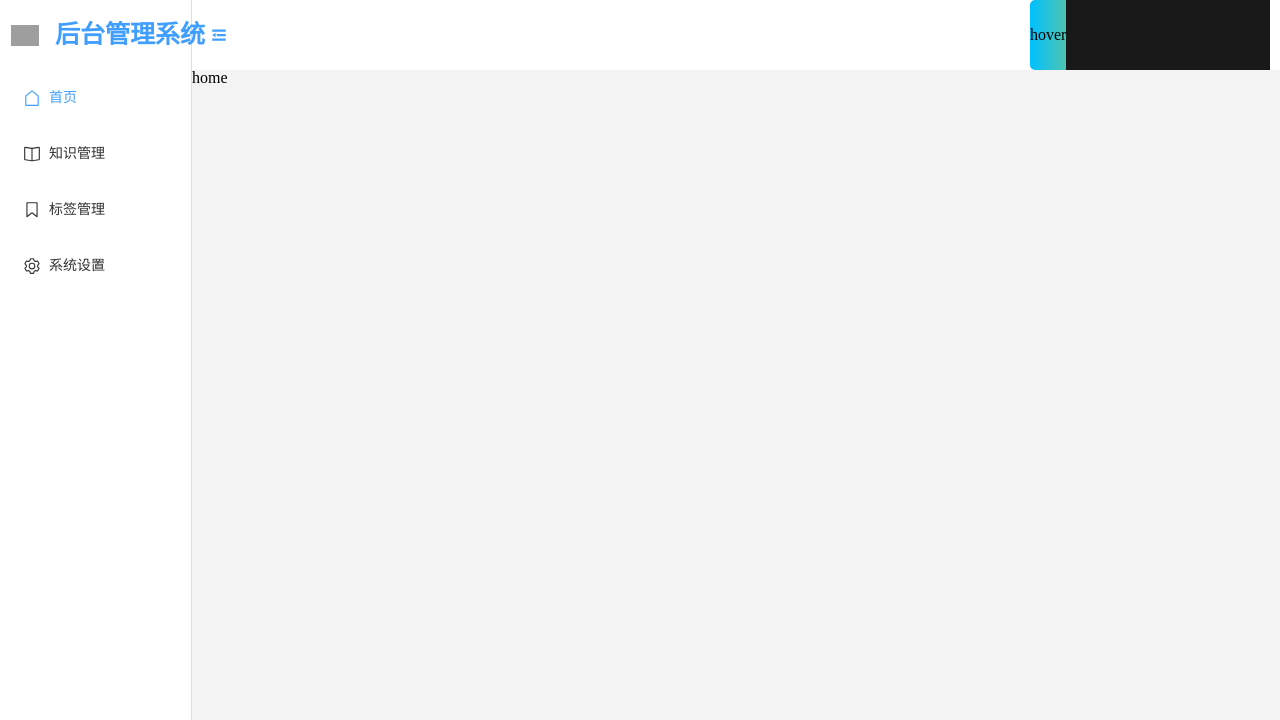
Repository: serrrN/admin
Page: /
The author's editor kept a copy of each file at every save. The page is drawn from the files as they stood at one save, then again after the next save.
The browser window is 1280 px wide. The pictures show the whole page.
Pictures or frames that could not be fetched are drawn as grey boxes. The project was rebuilt for these pictures with package versions that can differ from the ones it lists, and the page was loaded fresh each time. Also part of the build but not shown: vite.config.ts, src/styles/index.scss.

Above is the page before, as saved 2024-06-05 16:31:21.

### src/main.ts
import { createApp } from 'vue'
import App from './App.vue'
import ElementPlus from 'element-plus'
import zhCn from 'element-plus/es/locale/lang/zh-cn'
import * as ElementPlusIconsVue from '@element-plus/icons-vue'
import router from './router'
import 'reset-css'
import './styles/index.scss'
import pinia from '@/store/index'
const app = createApp(App)
for (const [key, component] of Object.entries(ElementPlusIconsVue)) {
  app.component(key, component)
}
app.use(pinia)
app.use(ElementPlus, { locale: zhCn })
app.use(router)
app.mount('#app')

### src/App.vue
<script setup lang="ts"></script>

<template>
  <router-view></router-view>
</template>

<style>
* {
  box-sizing: border-box;
}
#app,
html,
body {
  width: 100%;
  height: 100%;
}
</style>

### src/router/index.ts
import { createRouter, createWebHistory } from 'vue-router'
import routes from './routes'
const router = createRouter({
  history: createWebHistory(),
  routes,
})
export default router

### src/router/routes.ts
const routes = [
  {
    path: '/',
    name: 'home',
    redirect: '/home',
    component: () => import('@/layout/index.vue'),
    children: [
      {
        path: '/home',
        component: () => import('@/views/home/index.vue'),
      },
      {
        path: '/knowledgeManage',
        component: () => import('@/views/knowledgeManage/index.vue'),
      },
      {
        path: '/tagManage',
        component: () => import('@/views/tagManage/index.vue'),
      },
      {
        path: "/systemSetting",
        component:()=>import("@/views/systemSetting/index.vue")
      }
    ],
  },
]

export default routes

### src/styles/variable.scss
//主题色
$theme-color:rgb(64, 158, 255);

// 布局容器左边宽度
$layout-container-left-max-width:15%;

// 布局容器左边塌陷后宽度
$layout-container-left-min-width:3.79%;

// 布局容器头部高度
$layout-container-header-height:70px;

### src/layout/index.vue
<template>
  <div class="layout-container">
    <div :class="systemStore.isCollapse?'left left-collapse':'left'" >
      <Menu />
    </div>
    <div :class="systemStore.isCollapse?'right right-collapse':'right'">
      <div class="header"><Header /></div>
      <div class="main"><Main/></div>
    </div>
  </div>
</template>

<script lang="ts" setup>
import Menu from './menu/index.vue'
import Header from './header/index.vue'
import Main from './main/index.vue'

import {useSystemStore} from "@/store/modules/system"
const systemStore = useSystemStore()
</script>

<style scoped lang="scss">
.layout-container {
  width: 100%;
  height: 100%;
  display: flex;
  background-color: #f3f3f3;
  .left {
    height: 100%;
    width: $layout-container-left-max-width;
    transition: all linear 0.5s;
  }
  .left-collapse{
    width:$layout-container-left-min-width;
  }
  .right {
    width: calc(100% - $layout-container-left-max-width);
    transition: all linear 0.5s;
    .header {
      width: 100%;
      height: $layout-container-header-height;
      display: flex;
      justify-content:flex-end;
      background-color: white;
    }
    .main {
      height: calc(100% - $layout-container-header-height);
      width: calc(100%);
    }
  }
  .right-collapse{
    width:calc(100% - $layout-container-left-min-width);
  }

}
</style>

### src/views/home/index.vue
<template>
home
</template>
<script setup lang="ts">

</script>
<style lang="scss" scoped>

</style>

### src/layout/menu/index.vue
<template>
  <el-menu
    default-active="home"
    :class="systemStore.isCollapse?'el-menu-vertical-collapse':'el-menu-vertical'"
    :collapse="systemStore.isCollapse"
    :router="true"
    collapse-transition
    @open="handleOpen"
    @close="handleClose"
  >
    <div class="header">
      <div class="manage-msg" v-show="!systemStore.isCollapse">
        <div class="logo-wrapped">
          <img src="/vite.svg" class="logo" alt="Vite logo" />
        </div>
        <div class="name">后台管理系统</div>
      </div>
      <div class="fold-icon-wrapped" @click="handleCollapse">
        <el-icon size="18" color="rgb(64, 158, 255)">
          <component :is="systemStore.isCollapse?'Expand':'Fold'"></component>
        </el-icon>
      </div>
    </div>

    <el-menu-item index="home">
      <el-icon><House /></el-icon>
      <template #title>首页</template>
    </el-menu-item>
    <el-menu-item index="knowledgeManage">
      <el-icon><reading /></el-icon>
      <template #title>知识管理</template>
    </el-menu-item>
    <el-menu-item index="tagManage">
      <el-icon><CollectionTag /></el-icon>
      <template #title>标签管理</template>
    </el-menu-item>
    <el-menu-item index="systemSetting">
      <el-icon><setting /></el-icon>
      <template #title>系统设置</template>
    </el-menu-item>
  </el-menu>
</template>

<script lang="ts" setup>
import {useSystemStore} from "@/store/modules/system"
const systemStore = useSystemStore()

const handleOpen = (key: string, keyPath: string[]) => {
  console.log(key, keyPath)
}
const handleClose = (key: string, keyPath: string[]) => {
  console.log(key, keyPath)
}
const handleCollapse = () => {
  systemStore.isCollapse = !systemStore.isCollapse

}
</script>

<style lang="scss" scoped>
.el-menu {
  height: 100%;
  // 管理系统菜单头部(展示名字和logo)
  .header {
    display: flex;
    height: 70px;
    line-height: 70px;
    justify-content: space-between;
    transition: all 1s;
    //管理系统信息
    .manage-msg {
      display: flex;
      // logo容器
      .logo-wrapped {
        line-height: 50px;
        height: 100%;
        display: flex;
        align-items: center;
        justify-content: center;
        width: 50px;
        .logo {
          width: 28px;
        }
      }
      // 管理系统名称
      .name {
        text-align: center;
        font-size: 25px;
        width: 160px;
        color: $theme-color;
        font-weight: 600;
      }
    }

    // 折叠图标容器
    .fold-icon-wrapped {
      width: 100%;
      display: flex;
      align-items: center;
      justify-content: center;
    }
  }

  //菜单名称
  .el-menu-item span {
    color: rgb(48, 49, 51);
    font-weight: 400;
    font-size: 17px;
    line-height: 56px;
    font-family: 'Helvetica Neue', Helvetica, 'PingFang SC', 'Hiragino';
  }
}
// 菜单不处于塌陷状态
.el-menu-vertical:not(.el-menu--collapse) {
  width: 100%;
  min-height: 100%;
  min-width: 20%;
}


</style>

### src/layout/header/index.vue
<template>
  <Menu/>
</template>
<script setup lang="ts">
// import Tabs from './tabs/index.vue'
import Menu from './menu/index.vue'
</script>
<style lang="scss" scoped></style>

### src/layout/main/index.vue
<template>
  <router-view></router-view>
</template>
<script setup lang="ts"></script>
<style lang="scss" scoped></style>

### src/store/modules/system.ts
import { defineStore } from 'pinia'
import { ref } from 'vue'
export const useSystemStore = defineStore('system', () => {
  const isCollapse = ref(false)

  return { isCollapse }
})

### src/layout/header/menu/index.vue
<template>
  <div class="header-menu">hover</div>
</template>
<script setup lang="ts"></script>
<style lang="scss" scoped>
.header-menu {
  width: 240px;
  background-image: linear-gradient(
    90deg,
    #00c0ff 0%,
    #ffcf00 49%,
    #fc4f4f 80%,
    #00c0ff 100%
  );
  border-radius: 5px;
  display: flex;
  justify-content: center;
  align-items: center;
  margin-right: 10px;
  cursor: pointer;
  position: relative;
  &::after {
    content: "";
    width: 100%;
    height: 100%;
    background-color: #191919;
    display: flex;
    align-items: center;
    justify-content: center;
  }
}
</style>

Loaded but not shown: index.html (common file); src/store/index.ts (common file)

After the next save:
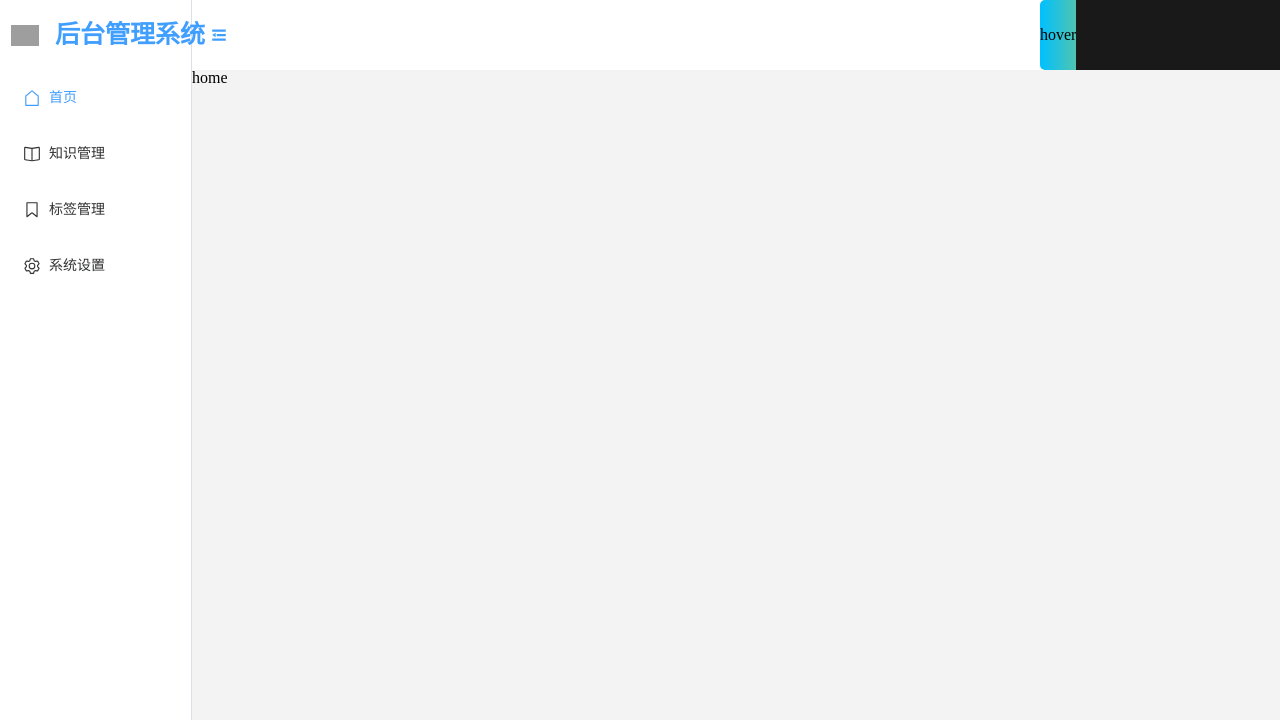
Saved 2 min 4 s later.
--- a/src/layout/header/menu/index.vue
+++ b/src/layout/header/menu/index.vue
@@ -16,7 +16,6 @@
   display: flex;
   justify-content: center;
   align-items: center;
-  margin-right: 10px;
   cursor: pointer;
   position: relative;
   &::after {
